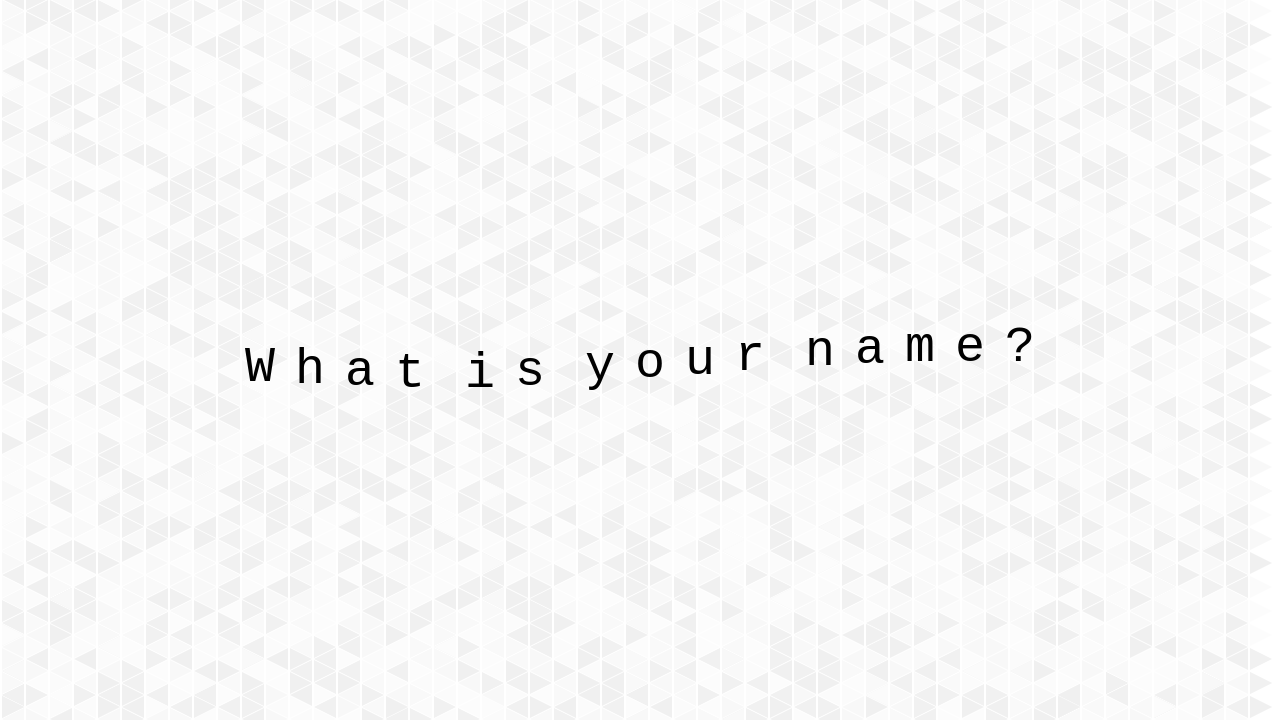
Repository: Aaquib111/Aaquib111.github.io
Page: index.html
An editor plug-in stored every save of this project. The page is shown before and after the next save, followed by the edit.
The browser window is 1280 px wide. The pictures show the whole page.

Above is the page before, as saved 2021-05-10 23:13:34.

### index.html
<!DOCTYPE html>
<html>
    <head>
        <meta charset="utf-8">
        <title></title>
        <link rel="stylesheet" type="text/css" href="css\background.css">
    </head>
    <body>
       <canvas id="canvas" width=""></canvas>

       <div id="inputs">
        Text <input type="text" placeholder="What is your name?" value="What is your name?" id="texty"><br>
        Speed <input type="number" id="omegset" step="0.1" value="1.8"><br>
        Amplitude <input type="number" id="ampset" step='1' value='20'><br>
        Font size <input type="number" id="fonts" step='1' value='50'><br>
        Waves <input type="number" id="waves" step='0.1' value='4' min='0' max='8'><br>
      </div>

       <div id="wrap"></div>


       <script src="js\background.js"></script>
    </body>
</html>

### css/background.css
* {
  margin: 0;
  padding: 0;
}

html, body {
  height: 100%;
  width: 100%;
}

canvas{
  height: 100%;
  width: 100%;
}


#wrap{
  z-index: 1;
  position: absolute;
  left: 0;
  top: 0;
  height: 100vh;
  width: 100vw;
  display: flex;
  align-items: center;
  justify-content: center;
  flex-wrap: wrap;
}

.hoovy{
  font-size: 50px;
  font-family: 'VT323',Monospace,sans-serif;
  margin-left: 10px;
  margin-right: 10px;
  -moz-user-select: none;
  -webkit-user-select: none;
  -ms-user-select: none;
}
input{
  background-color: rgba(255,255,255,0.3);
  border: none;
  margin-top: 2px;
  margin-bottom: 2px;
}
#inputs{
  text-align: right;
  color: white;
  font-family: 'VT323';
  padding: 5px 10px;
  border-radius: 5px;
  background-color: rgba(0,0,0,0.2);
  z-index: 2;
  position: absolute;
  box-shadow: #000 2px 3px 10px -2px;
  top: 10px;
  right: 10px;
  -moz-user-select: none;
  -webkit-user-select: none;
  -ms-user-select: none;
  visibility: hidden;
}

### js/background.js
var livePatern = {
    canvas: null,
    context: null,
    cols: 0,
    rows: 0,
    colors: [252, 251, 249, 248, 241, 240],
    triangleColors: [],
    destColors: [],

    init: function(){
      this.canvas = document.getElementById('canvas');
      this.context = this.canvas.getContext('2d');
      this.cols = Math.floor(document.body.clientWidth / 24);
      this.rows = Math.floor(document.body.clientHeight / 24) + 1;

      this.canvas.width = document.body.clientWidth;
      this.canvas.height = document.body.clientHeight;

      this.drawBackground();
      this.animate();
    },

    drawTriangle: function(x, y, color, inverted){
      inverted = inverted == undefined ? false : inverted;

      this.context.beginPath();
      this.context.moveTo(x, y);
      this.context.lineTo(inverted ? x - 22 : x + 22, y + 11);
      this.context.lineTo(x, y + 22);
      this.context.fillStyle = "rgb("+color+","+color+","+color+")";
      this.context.fill();
      this.context.closePath();
    },

    getColor: function(){
      return this.colors[(Math.floor(Math.random() * 6))];
    },

    drawBackground: function(){
      var eq = null;
      var x = this.cols;
      var destY = 0;
      var color, y;

      while(x--){
        eq = x % 2;
        y = this.rows;

        while(y--){
          destY = Math.round((y-0.5) * 24);

          this.drawTriangle(x * 24 + 2, eq == 1 ? destY : y * 24, this.getColor());
          this.drawTriangle(x * 24, eq == 1 ? destY  : y * 24, this.getColor(), true);
        }
      }
    },

    animate: function(){
      var me = this;

      var x = Math.floor(Math.random() * this.cols);
      var y = Math.floor(Math.random() * this.rows);
      var eq = x % 2;

      if (eq == 1) {
        me.drawTriangle(x * 24, Math.round((y-0.5) * 24) , this.getColor(), true);
      } else {
        me.drawTriangle(x * 24 + 2, y * 24, this.getColor());
      }

      setTimeout(function(){
        me.animate.call(me);
      }, 10);
    },
  };

  !function(){livePatern.init();}()


  let waves = 4;

  function docify(str){
    document.getElementById('wrap').innerHTML = "";
    for(let i = 0; i < str.length; i++){
      let el = document.createElement('div');
      el.className = "hoovy";
      el.appendChild(  document.createTextNode(str.charAt(i))  );
      el.setAttribute('data-phi',i*Math.PI/(10 - waves));
      el.style.transform = "";
      document.getElementById('wrap').appendChild(el);
    }
    document.getElementById('wrap').appendChild(document.createElement('br'));
  }

  let omeg = 1.8,
      ampl = 13,
      wrap = document.getElementById('wrap'),
      time = 0;

  function anim(){

    if(omeg * time > 2*Math.PI){
      time = 0;
    }
    for(let k = 0; k < wrap.childNodes.length; k++){
      let elem = wrap.childNodes[k];
      let phi = elem.getAttribute('data-phi');
      elem.style.transform = 'translateY('+ampl*Math.sin(omeg*time + phi/2) + 'px)';
    }
    time += 6/100;
    requestAnimationFrame(anim);
  };

  document.getElementById('wrap').innerHTML = "";

  document.getElementById('ampset').oninput = function(){
    ampl = this.value;
  }
  document.getElementById('omegset').oninput = function(){
    omeg = this.value;
  }
  document.getElementById('fonts').oninput = function(){
    for(let i = 0; i < wrap.childNodes.length; i++){
      wrap.childNodes[i].style.fontSize = document.getElementById('fonts').value + 'px';
    }
  }
  document.getElementById('waves').oninput = function(){
    waves = this.value;
    docify(document.getElementById('texty').value);
  }
  document.getElementById('texty').oninput = function(){
    docify(this.value);
  }

  docify('What is your name?');
  anim();

After the next save:
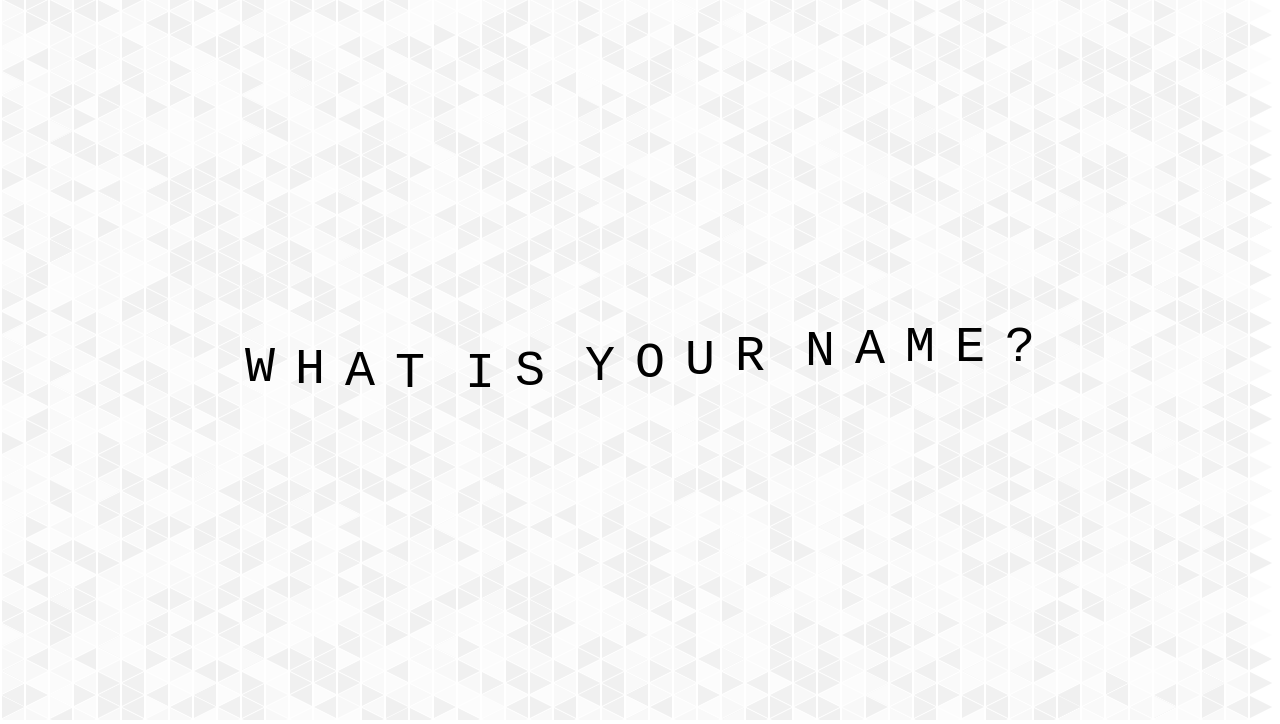
Saved 11 s later.
--- a/js/background.js
+++ b/js/background.js
@@ -132,5 +132,5 @@ var livePatern = {
     docify(this.value);
   }
 
-  docify('What is your name?');
+  docify('WHAT IS YOUR NAME?');
   anim();
